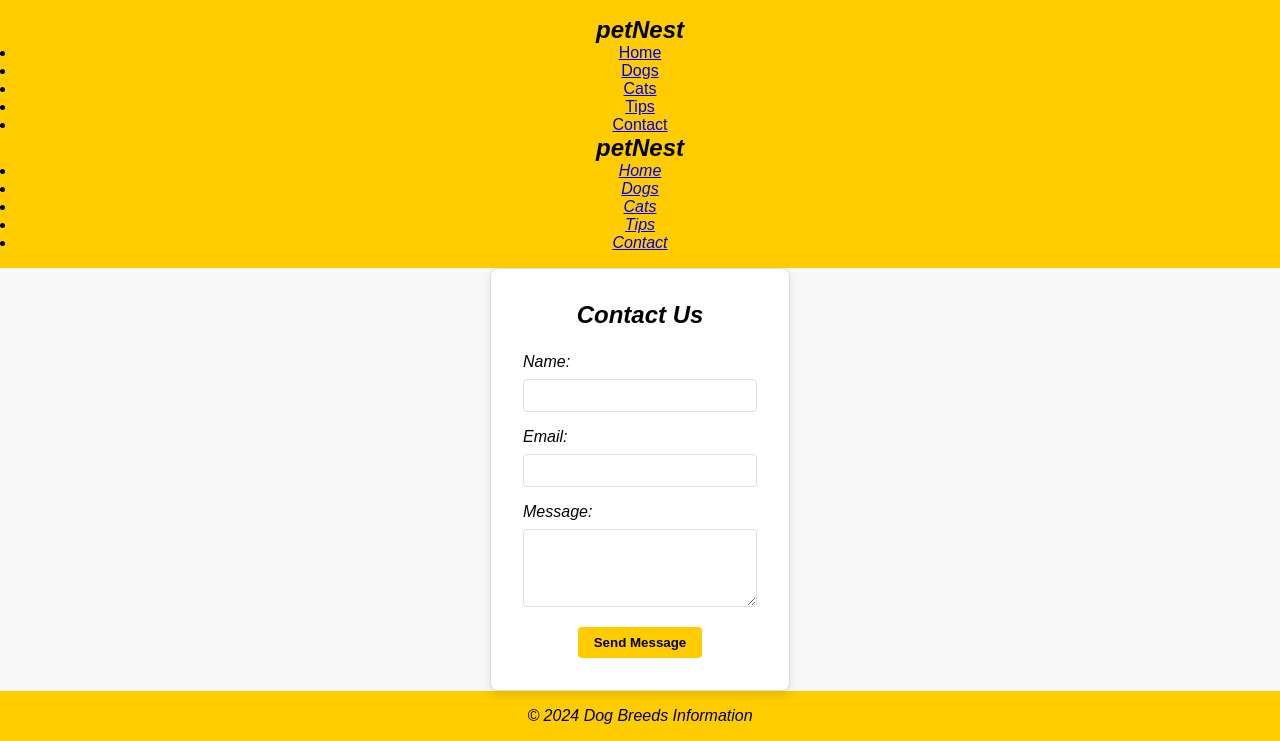
Repository: SHAHZADcodr/pet_care
Page: pages/contact.html
The author's editor kept a copy of each file at every save. The page is drawn from the files as they stood at one save, then again after the next save.
The browser window is 1280 px wide. The pictures show the whole page.

Above is the page before, as saved 2024-11-04 23:33:50.

### pages/contact.html
<!DOCTYPE html>
<html lang="en">
<head>
    <meta charset="UTF-8">
    <meta name="viewport" content="width=device-width, initial-scale=1.0">
    <title>Contact Us</title>
    <link rel="stylesheet" href="contact.css"> <!-- Link to your CSS file -->
</head>
<body>
    <header>
        <nav>
     <h1 id="webName"><i><strong>petNest</strong></i></h1>
     <ul id="nav-links">
         <li><a href="../index.html">Home</a></li>
         <li><a href="dog.html">Dogs</a></li>
         <li><a href="cat.html">Cats</a></li>
         <li><a href="tips.html">Tips</a></li>
         <li><a href="contact.html" id="you">Contact</a></li>
     </ul>
 </nav> <nav>
     <h1 id="webName"><i><strong>petNest</strong></
i></h1>
     <ul id="nav-links">
         <li><a href="../index.html">Home</a></li>
         <li><a href="dog.html">Dogs</a></li>
         <li><a href="cat.html">Cats</a></li>
         <li><a href="tips.html">Tips</a></li>
         <li><a href="contact.html"
id="you">Contact</a></li>
     </ul>
 </nav>
    </header>
    <main class="contact-page">
        <div class="contact-card">
            <h2>Contact Us</h2>
            <form id="contact-form">
                <div class="form-group">
                    <label for="name">Name:</label>
                    <input type="text" id="name" name="name" required>
                </div>
                <div class="form-group">
                    <label for="email">Email:</label>
                    <input type="email" id="email" name="email" required>
                </div>
                <div class="form-group">
                    <label for="message">Message:</label>
                    <textarea id="message" name="message" rows="4" required></textarea>
                </div>
                <button type="submit">Send Message</button>
            </form>
        </div>
    </main>
    <footer>
        <p>&copy; 2024 Dog Breeds Information</p>
    </footer>
</body>
</html>

### pages/contact.css
/* General Reset */
* {
    margin: 0;
    padding: 0;
    box-sizing: border-box;
}
:root{
    --bg-background-color:rgb(236, 139, 155);
    --bg--body-color:rgb(250, 189, 199);
}
/* Basic Layout */
body {
    font-family: Arial, sans-serif;
    display: flex;
    flex-direction: column;
    min-height: 100vh; /* Ensures body takes full height of the viewport */
    background-color: #f8f8f8;
}

header {
    background-color: #ffcc00;
    padding: 1rem;
    text-align: center;
}

.contact-page {
    flex-grow: 1; /* Allows the main content to grow and push footer down */
    display: flex;
    justify-content: center;
    align-items: center;
}

.contact-card {
    background-color: #fff;
    border: 1px solid #ddd;
    border-radius: 8px;
    box-shadow: 0 4px 8px rgba(0, 0, 0, 0.1);
    padding: 2rem;
    width: 300px; /* Fixed width for contact card */
    text-align: center;
}

.contact-card h2 {
    margin-bottom: 1.5rem;
}

.form-group {
    margin-bottom: 1rem;
    text-align: left;
}

.form-group label {
    display: block;
    margin-bottom: 0.5rem;
}

.form-group input,
.form-group textarea {
    width: 100%;
    padding: 0.5rem;
    border: 1px solid #ddd;
    border-radius: 4px;
}

button {
    background-color: #ffcc00;
    border: none;
    padding: 0.5rem 1rem;
    border-radius: 4px;
    cursor: pointer;
    font-weight: bold;
}

button:hover {
    background-color: #e0b800; /* Darken button on hover */
}

footer {
    background-color: #ffcc00;
    text-align: center;
    padding: 1rem;
}

/* Responsive Design */
@media (max-width: 600px) {
    .contact-card {
        width: 90%; /* Full width on small screens */
    }
}

After the next save:
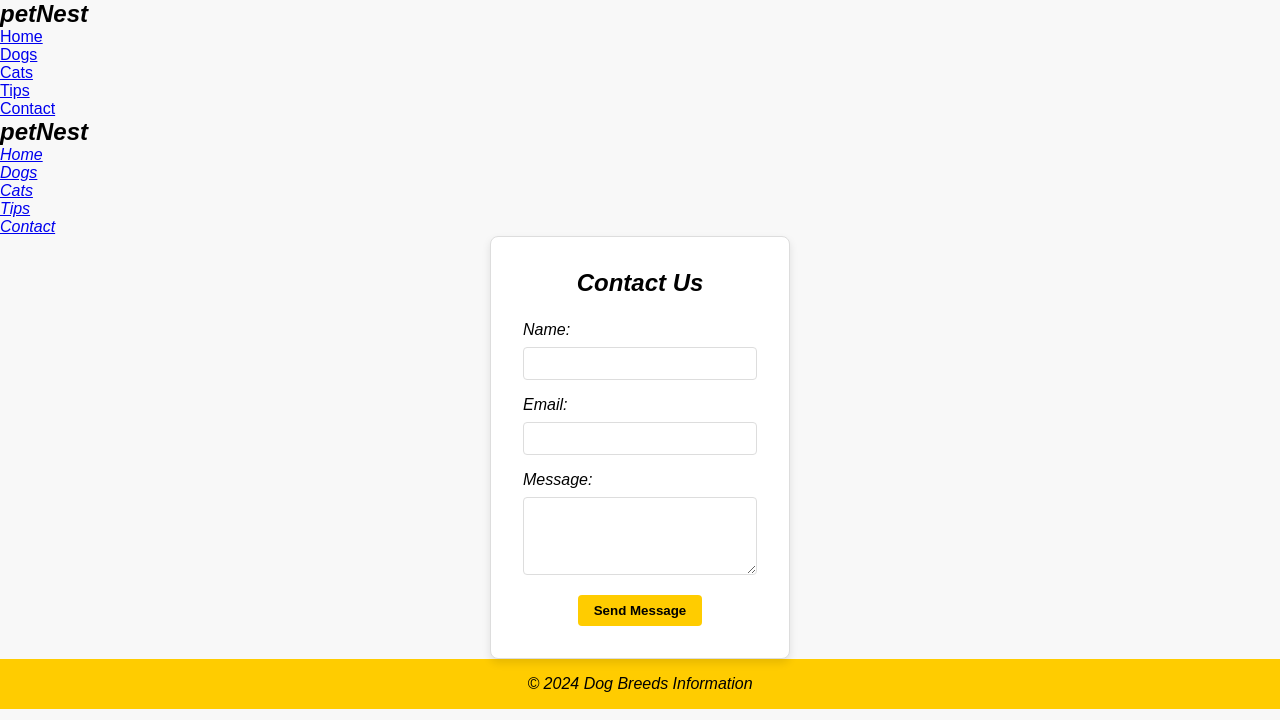
Saved 21 s later.
--- a/pages/contact.css
+++ b/pages/contact.css
@@ -17,11 +17,11 @@ body {
     background-color: #f8f8f8;
 }
 
-header {
-    background-color: #ffcc00;
-    padding: 1rem;
-    text-align: center;
-}
+
+
+
+
+
 
 .contact-page {
     flex-grow: 1; /* Allows the main content to grow and push footer down */
